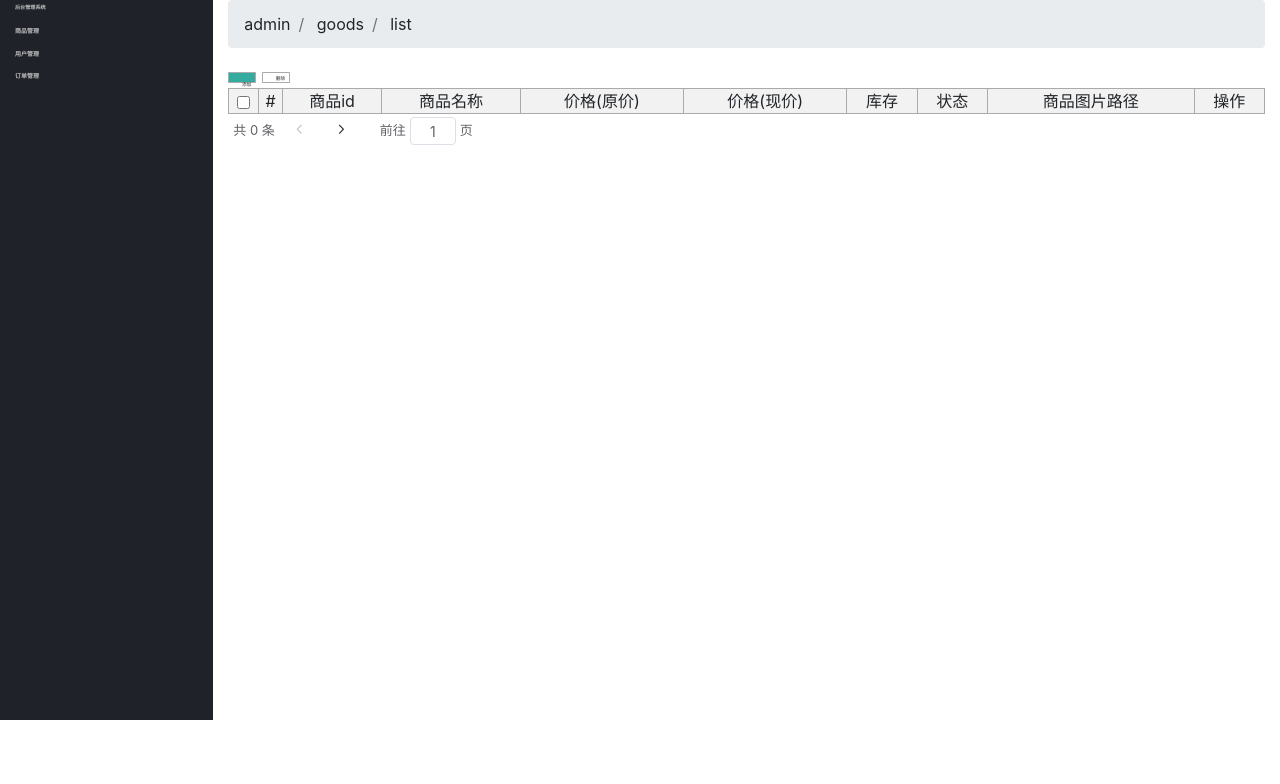
Repository: Rayfang0719/Vue-admin
Page: /admin/goods/list
An editor plug-in stored every save of this project. The page is shown before and after the next save, followed by the edit.
The browser window is 1280 px wide. The pictures show the whole page.
The page's requests for data from a server got no answer. The project was rebuilt for these pictures with package versions that can differ from the ones it lists, and the page was loaded fresh each time. No one was signed in, and anything a server would have sent is missing. Also part of the build but not shown: vue.config.js, src/pages/login.vue, src/components/button.vue.

Above is the page before, as saved 2019-05-12 16:09:51.

After the next save:
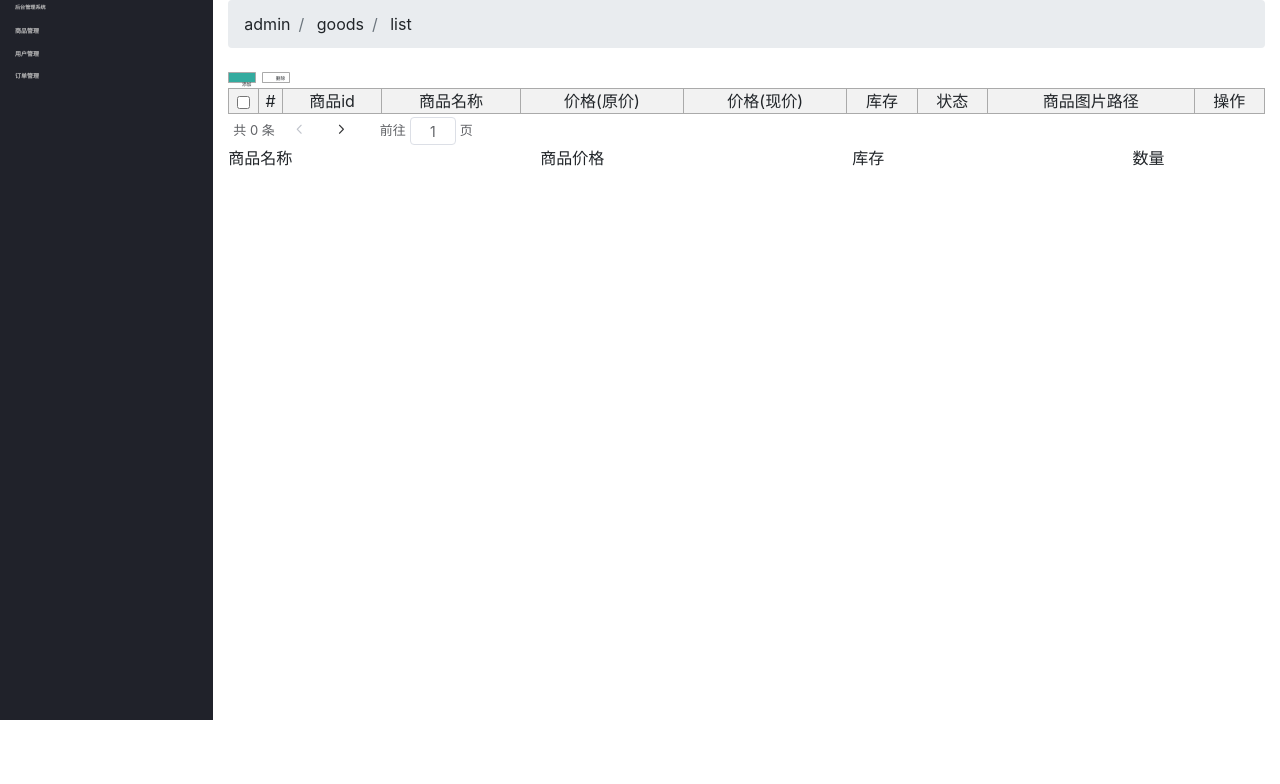
Saved 2 min 48 s later.
--- a/src/pages/admin/goods/list.vue
+++ b/src/pages/admin/goods/list.vue
@@ -84,7 +84,7 @@
       total: 0,
       start:0,
       show:true,
-      MSGbox: false,
+      MSGbox: true,
       goods:[]
     };
   },

After the 2 saves that followed:
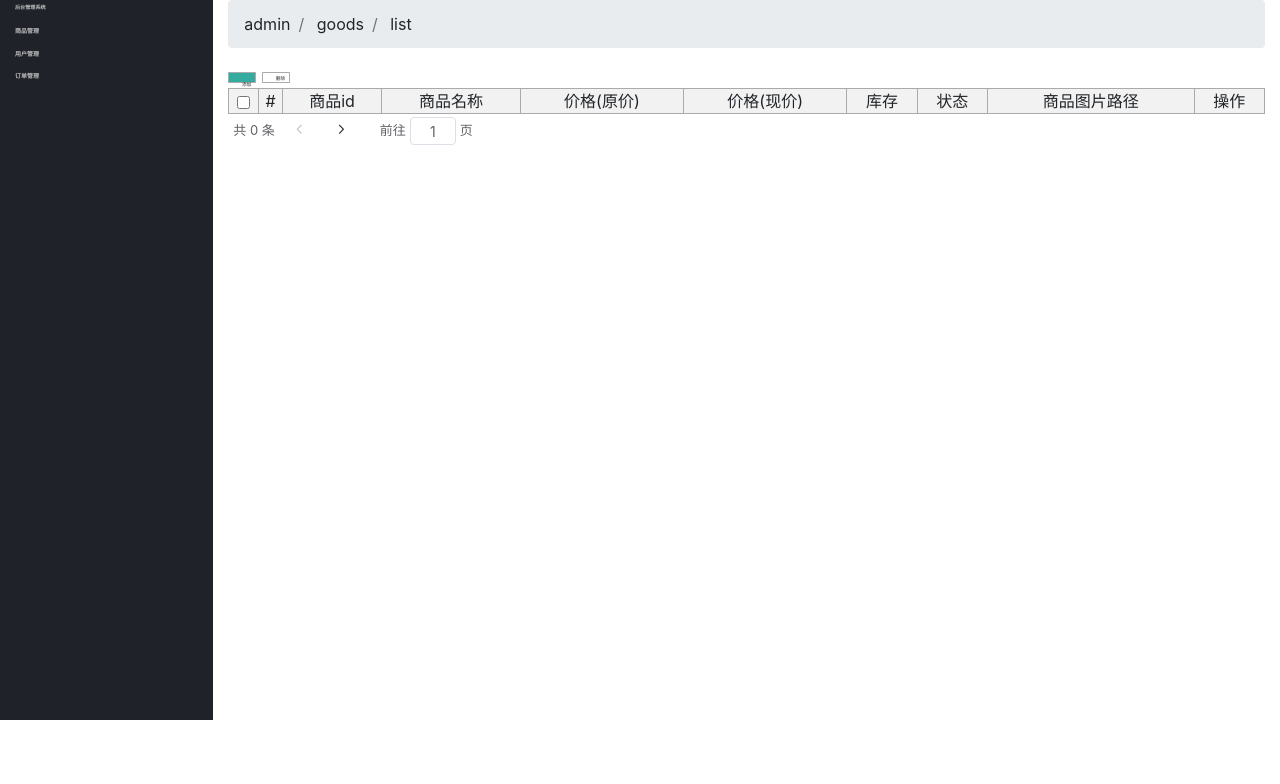
The 2 saves are shown as one change because 1 left the picture as it was.
The last was saved 5 min 41 s later.
--- a/src/pages/admin/goods/list.vue
+++ b/src/pages/admin/goods/list.vue
@@ -84,7 +84,7 @@
       total: 0,
       start:0,
       show:true,
-      MSGbox: true,
+      MSGbox: false,
       goods:[]
     };
   },
@@ -170,6 +170,9 @@
 
     });
 
+    },
+    modify(idx){
+      this.MSGbox = true;
     }
 
   }
